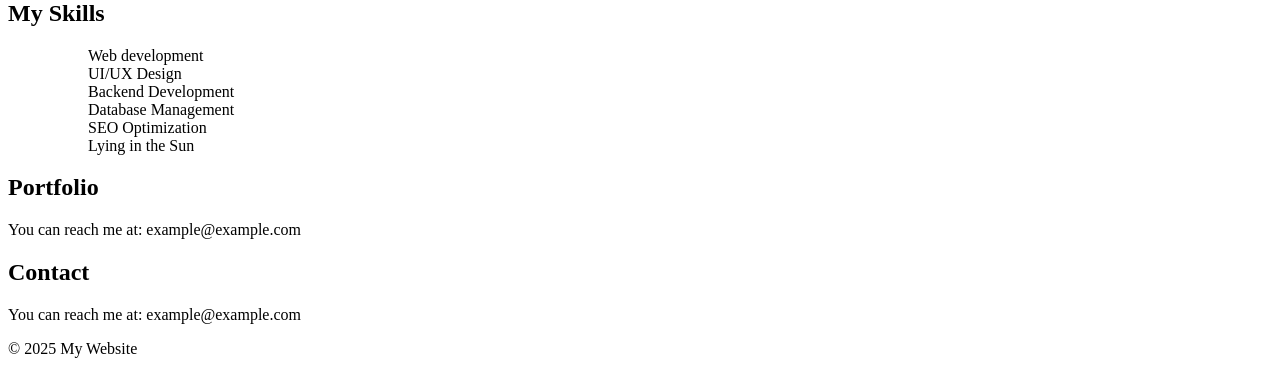
Repository: andajonas/Module_04_ANDJON25111_fto2502_A2_Anda-Jonas_SDF02
Page: index.html
These files come from the project's save history. The page is drawn as it stood at one moment and after the next save; the edit follows.
The browser window is 1280 px wide. The pictures show the part of the page from y = 601 to 1055 px (the page is 975 px tall before and 1055 px after).
A picture or video elsewhere on the page could not be fetched, so the positions and the page height are approximate.

Above is the page before, as saved 2025-03-05 09:22:50.

### index.html
<!DOCTYPE html>
<html>
<head>
    <title>CodeSpace Cat's Portfolio</title>
</head>
<body>
    <header>
        <h1>CodeSpace Cat's Portfolio 🎨</h1>
    </header>
    <nav>
        <ul>
            <li><a href="#about me">About Me 👋</a></li>
            <li><a href="#skills">Skills ⚒️</a></li>
            <li><a href="#portfolio">Portfolio 📷</a></li>
            <li><a href="#contact">Contact 🤙</a></li>
        </ul>
    </nav>
    <section id="about me">
        <h2>About Me 🐱</h2>
        <img src="images/cat-codespace.png" alt="CodeSpace cat">
        <p>Hello! <b>I'm Codespace Cat.</b> I'm purr-ssionate about web development and design. I've been pawing at the web industry for just one catnap (that's less than a day in human terms), and I adore crafting pawsitively intuitive, whisker twitching and fur-tastic web experiences. Whoa, that's a lot of puns. </p>
    </section>

    <section id="skills">
        <h2>My Skills</h2>
        <ul>
       <ul>Web development</ul>
       <ul>UI/UX Design</ul>
       <ul>Backend Development</ul>
       <ul>Database Management</ul>
       <ul>SEO Optimization</ul>
       <ul>Lying in the Sun</ul>
        </ul>
    </section>

    <section id="portfolio">
        <h2>Portfolio</h2>
        <p>You can reach me at: example@example.com</p>
    </section>

    <section id="contact">
        <h2>Contact</h2>
        <p>You can reach me at: example@example.com</p>

    <footer>
        <p>&copy; 2025 My Website</p>
    </footer>
</body>
</html>

After the next save:
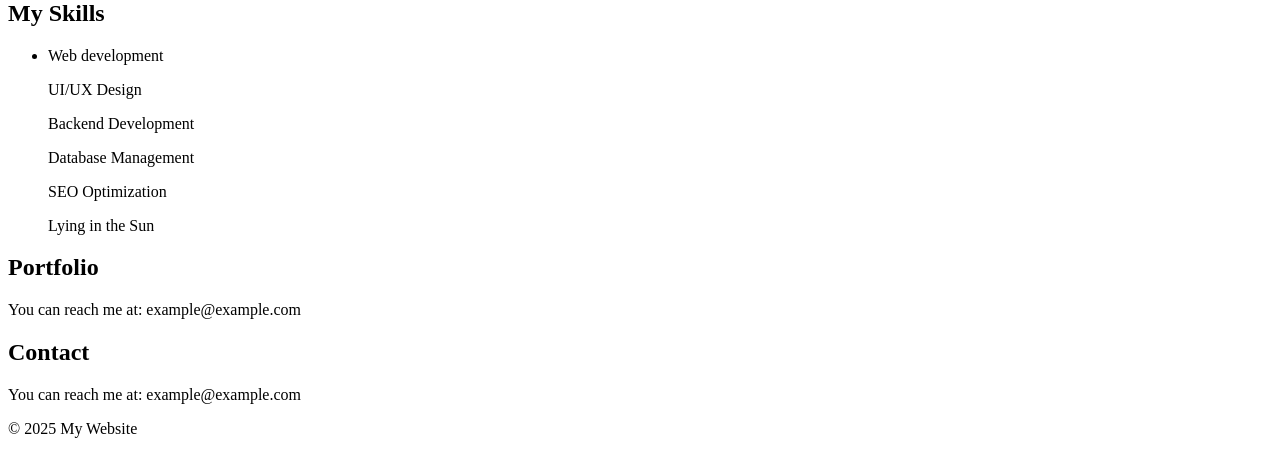
Saved 78 s later.
--- a/index.html
+++ b/index.html
@@ -24,7 +24,7 @@
     <section id="skills">
         <h2>My Skills</h2>
         <ul>
-       <ul>Web development</ul>
+       <li>Web development</ul>
        <ul>UI/UX Design</ul>
        <ul>Backend Development</ul>
        <ul>Database Management</ul>
